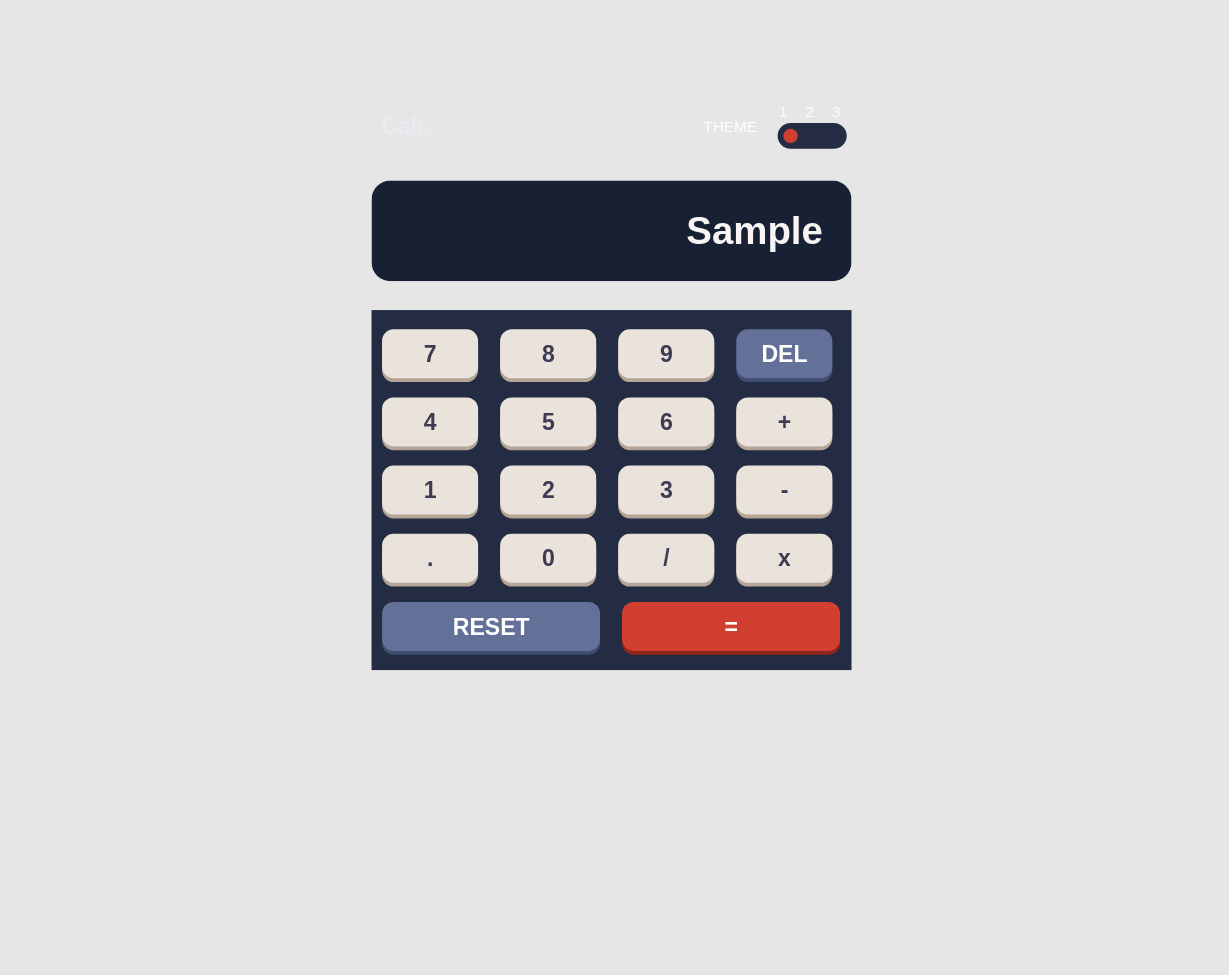
Repository: Bakyproit/Calcutor
Page: index.html
An editor plug-in stored every save of this project. The page is shown before and after the next save, followed by the edit.
The browser window is 1280 px wide. The pictures show the whole page, at 96% of full size.
Empty fields were first filled with sample values (such as "Sample", 5 or name@example.com).
After loading, the first visible `#two` was clicked once.

Above is the page before, as saved 2022-02-11 17:28:46.

### index.html
<!DOCTYPE html>
<html lang="en">
<head>
    <meta charset="UTF-8">
    <meta http-equiv="X-UA-Compatible" content="IE=edge">
    <meta name="viewport" content="width=device-width, initial-scale=1.0">
    <title>SimpleCalculatorApp</title>
    <link rel="stylesheet" href="./App.css">

</head>
<body>
    <div class="container">
        <div class="app">
            <div class="app__title">
                <h1 class="app__title-name">Calc</h1>
                <div class="app__title-theme">
                    <p class="app__title-theme-name">THEME</p>
                    <div class="app__title-theme-box">
                        <div class="app__title-theme-box-number">
                            <span class="app__title-theme-box-number-1" id="one">1</span>
                            <span class="app__title-theme-box-number-2" id="two">2</span>
                            <span class="app__title-theme-box-number-3" id="three">3</span>
                        </div>
                        <div class="app__title-theme-box-toggle" >
                            <label for="toggle-input" class="toggle">
                                <input type="checkbox" id="toggle-input" class="toggle__checkbox">
                                <div class="toggle__bar" id="bgBar">
                                    <div class="toggle__spin"></div>
                                </div>
                            </label>
                        </div>
                    </div>
                </div>
            </div>

            <div class="app__result">
                <input type="text" class="app__result-output" placeholder="0" value="" id="result">
                <!-- <h1 class="app__result-number">399,981</h1> -->
            </div>

            <div class="app__content" id="newBack">
                <div class="app__content-number">
                    <div class="button" onclick="numShow('7')">
                        <span class="number">7</span>
                    </div>
                    <div class="button" onclick="numShow('8')">
                        <span class="number">8</span>
                    </div>
                    <div class="button" onclick="numShow('9')">
                        <span class="number">9</span>
                    </div>
                    <div class="button button-del" onclick="del()">
                        <span class="number number-del">DEL</span>
                    </div>

                    <div class="button" onclick="numShow('4')">
                        <span class="number">4</span>
                    </div>
                    <div class="button" onclick="numShow('5')">
                        <span class="number">5</span>
                    </div>
                    <div class="button" onclick="numShow('6')">
                        <span class="number">6</span>
                    </div>
                    <div class="button" onclick="numShow('+')">
                        <span class="number">+</span>
                    </div>

                    <div class="button" onclick="numShow('1')">
                        <span class="number">1</span>
                    </div>
                    <div class="button" onclick="numShow('2')">
                        <span class="number">2</span>
                    </div>
                    <div class="button" onclick="numShow('3')">
                        <span class="number">3</span>
                    </div>
                    <div class="button" onclick="numShow('-')">
                        <span class="number">-</span>
                    </div>

                    <div class="button" onclick="numShow('.')">
                        <span class="number">.</span>
                    </div>
                    <div class="button" onclick="numShow('0')">
                        <span class="number">0</span>
                    </div>
                    <div class="button" onclick="numShow('/')">
                        <span class="number">/</span>
                    </div>
                    <div class="button" onclick="numShow('*')">
                        <span class="number">x</span>
                    </div>

                    <div class="app__content-number-footer">
                        <div class="button button-reset" onclick="clearAll()">
                            <span class="number number-reset">RESET</span>
                        </div>
                        <div class="button button-equal" onclick="calcutor()">
                            <span class="number number-equal">=</span>
                        </div>
                    </div>
                </div>
            </div>
        </div>
    </div>

    <script src="./app.js"></script>
</body>
</html>

### App.css




html{
    font-family:Arial, Helvetica, sans-serif ;
    box-sizing: border-box;
    padding: 0;
    margin: 0;
}
h1{
    margin: 0;
}
body{
    background-color: hsl(222, 26%, 31%);
}
body.active1{
    background-color: hsl(222, 26%, 31%);
}
body.active2{
    background-color: hsl(0, 0%, 90%);
}
body.active3{
    background-color: hsl(268, 75%, 9%);
}


.container{
    width: 100%;
    min-height: 1000px;
    position: relative;
}
.app{
    width: 500px;
    position:absolute ;
    top:100px ;
    left:30%;

}
.app__title{
    display: flex;
    justify-content:space-between;

}
.app__title-name{
    color : #e9ebf0 ;
    font-size: 24px;
    padding: 10px;
}
.app__title-theme{
    display: flex;
}
.app__title-theme-name{
    color :20px ;
    color:#fcfeff ;
    margin-right: 16px;
}
.app__title-theme-box{
    display: flex;
    flex-direction: column;
    padding-right: 5px;
}
.app__title-theme-box-number{
    color : #f8ffff ;
}
.app__title-theme-box-number-1{
    padding: 0 7px;
    cursor: pointer;
}
.app__title-theme-box-number-2{
    padding: 0 7px;
    cursor: pointer;

}
.app__title-theme-box-number-3{
    padding: 0 7px;
    cursor: pointer;

}
.app__title-theme-box-toggle{
    padding-top: 2px;
    padding-left: 5px;
}
.toggle__checkbox{
    display: none;
}
.toggle__bar{
    width: 60px;
    height: 15px;
    background-color: hsl(223, 31%, 20%);
    border-radius: 5rem;
    /* transition: background-color 4s linear; */
    padding: 6px;
    cursor: pointer;
}
.toggle__spin{
    width: 15px;
    height: 15px;
    background-color:  hsl(6, 63%, 50%);
    border-radius: 15px;
    transition: transform .2s linear;
    cursor: pointer;
}
.toggle__checkbox:checked ~ .toggle__bar{
    background-color: #d3cdcd;
}
.toggle__checkbox:checked + .toggle__bar .toggle__spin {
    transform: translateX(1.3rem);
}


.app__result{
    margin:30px 0;
    border-radius: 20px;
    overflow: hidden;

}
.app__result-output{
    box-sizing: border-box;
    width: 500px;
    outline: none;
    border: none;
    background-color: hsl(224, 36%, 15%);
    color: rgb(248, 244, 244) ;
    font-weight: 700;
    text-align: end;
    padding: 30px;
    font-size: 40px;
}


.app__content{
    background-color:hsl(223, 31%, 20%);
}
.app__content-number{
    display: flex;
    flex-wrap: wrap;
}
.button{
    width: 20%;
    height: 51px;
    background-color: hsl(30, 25%, 89%);
    margin: 20px 12px 0 11px;
    display: flex;
    justify-content: center;
    align-items: center;
    border-radius: 12px ;
    box-shadow: 0px 4px  hsl(28, 16%, 65%) ;
    cursor: pointer;
}
.number{
    color: #3d3b51;
    font-size: 24px;
    font-weight: 800;
}
.app__content-number-footer{
    margin-bottom: 20px;
    width: 100%;
    display: flex;

}
.button-reset{
    flex: 1 ;
}
.button-del ,
.button-reset{
    background-color: hsl(225, 21%, 49%) ;
    box-shadow: 0px 4px hsl(224, 28%, 35%) ;
}
.button-equal{
    flex: 1 ;
    background-color:  hsl(6, 63%, 50%) ;
    box-shadow: 0px 4px hsl(6, 70%, 34%) ;
}
.number-reset,
.number-equal,
.number-del{
    color : #fff ;
    font-weight: 600;
}

### app.js

let result = document.getElementById("result") ;
function numShow(num){
    result.value += num ;
}
function clearAll(){
    result.value = "" ;
}
function del() {
    result.value = result.value.slice(0,-1);
    //
}
function calcutor(){
    let x = result.value ;
    let y = eval(x) ;
    result.value = y ;
}



// const boxToggle = document.querySelector(".app__title-theme-box-toggle");
// const newBack = document.querySelector("#newBack");

// boxToggle.onclick = function() {
//     newBack.style.background = "#d3cdcd" ;
// };

const one = document.getElementById("one") ;
const two = document.getElementById("two") ;
const three = document.getElementById("three") ;

// console.log(one) ;

two.addEventListener("click" , function(){
    const body = document.querySelector("body") ;
    body.classList.add("active2") ;
});

After the next save:
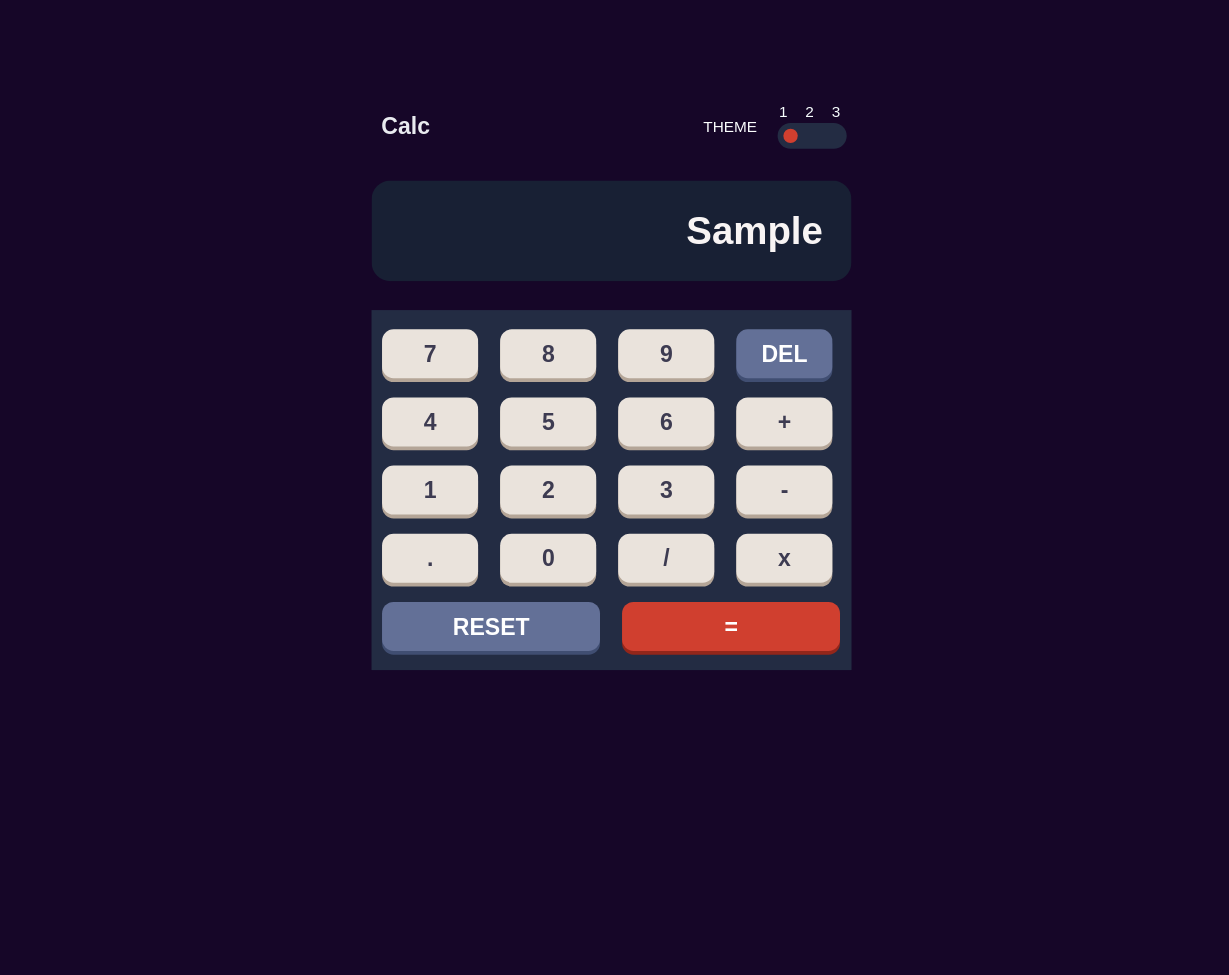
Saved 12 s later.
--- a/app.js
+++ b/app.js
@@ -33,5 +33,5 @@ const three = document.getElementById("three") ;
 
 two.addEventListener("click" , function(){
     const body = document.querySelector("body") ;
-    body.classList.add("active2") ;
+    body.classList.add("active3") ;
 });
